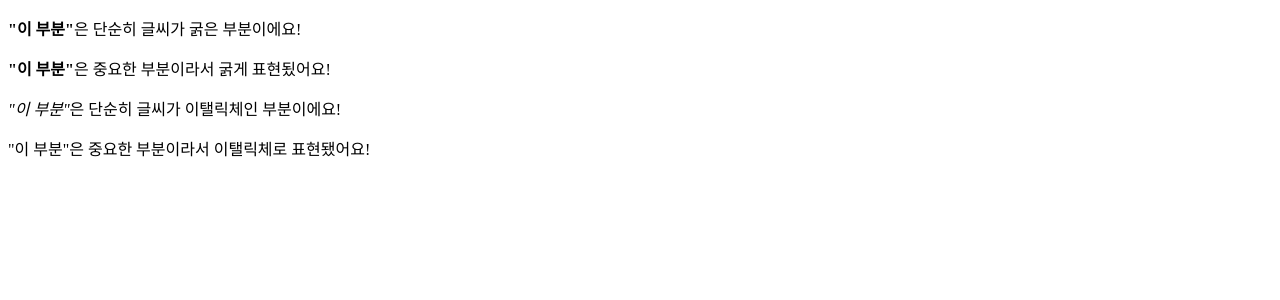
Repository: JaeHyun-Ban/study_html
Page: TCP_HTML/WebContent/ex02_07.html
These files come from the project's save history. The page is drawn as it stood at one moment and after the next save; the edit follows.
The browser window is 1280 px wide. The pictures show the whole page.

Above is the page before, as saved 2020-08-27 04:34:00.

After the next save:
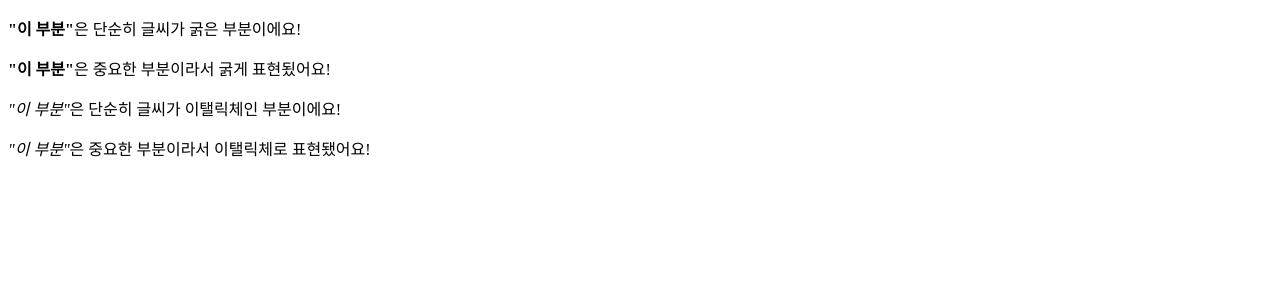
Saved 10 s later.
--- a/TCP_HTML/WebContent/ex02_07.html
+++ b/TCP_HTML/WebContent/ex02_07.html
@@ -9,7 +9,7 @@
 	<p><strong>"이 부분"</strong>은 중요한 부분이라서 굵게 표현됬어요!</p>
 
 	<p><i>"이 부분"</i>은 단순히 글씨가 이탤릭체인 부분이에요!</p>
-	<p><pem>"이 부분"</pem>은 중요한 부분이라서 이탤릭체로 표현됐어요!</p>
+	<p><em>"이 부분"</em>은 중요한 부분이라서 이탤릭체로 표현됐어요!</p>
 
 </body>
 </html>
